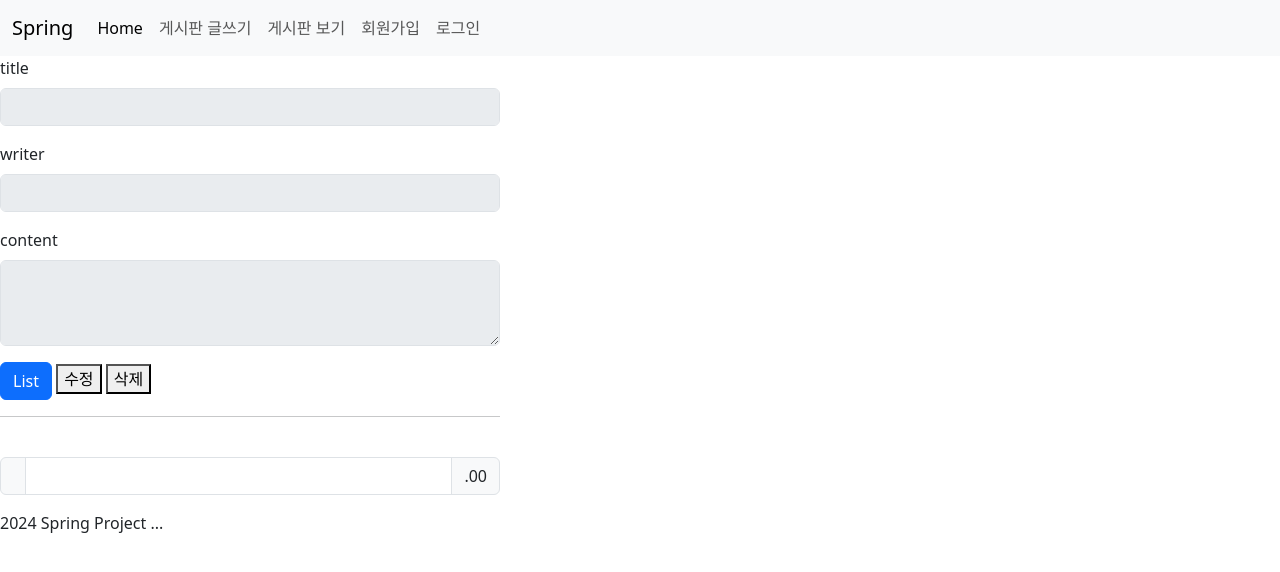
Repository: haneul030/240115
Page: http://localhost/spring_test2/WEB-INF/views/board/detail.jsp
These files come from the project's save history. The page is drawn as it stood at one moment and after the next save; the edit follows.
The browser window is 1280 px wide. The pictures show the whole page.
The page is served by Tomcat 9. Nobody is signed in. Other server files are loaded and not shown. The template is opened directly, without the code that normally fills it, so the values that code supplies are empty.

Above is the page before, as saved 2024-01-08 03:48:23.

### spring_test2/src/main/webapp/WEB-INF/views/board/detail.jsp
<%@ page language="java" contentType="text/html; charset=UTF-8"
    pageEncoding="UTF-8"%>
<%@ taglib uri="http://java.sun.com/jsp/jstl/core" prefix="c" %>

<jsp:include page="../layout/header.jsp"></jsp:include>

<div class="container-md3" style="width: 500px;">
<div>
	<div class="mb-3">
		<label for="title" class="form-label">title</label>
		<input type="text" name="title" class="form-control" id="title" disabled value="${bvo.title}">
	</div>
</div>
<div>
	<div class="mb-3">
		<label for="writer" class="form-label">writer</label>
		<input type="text" name="writer" class="form-control" id="writer" disabled value="${bvo.writer}">
	</div>
</div>
<div>
	<div class="mb-3">
		<label for="content" class="form-label">content</label>
		<textarea class="form-control" id="content" name="content"  rows="3" disabled>${bvo.content}</textarea>
	</div>
</div>

<a href="/board/list"><button type="button" class="btn btn-primary">List</button></a>
<a href="/board/modify?bno=${bvo.bno }"><button>수정</button></a>
<a href="/board/remove?bno=${bvo.bno }"><button>삭제</button></a>
<hr>
<br>
	<!-- 댓글 등록 라인 -->
	<div class="input-group mb-3">
  	<span class="input-group-text" id="cmtWriter">${bvo.writer }</span>
  	<input type="text" class="form-control" id="cmtText" aria-label="Amount (to the nearest dollar)">
  	<span class="input-group-text">.00</span>
	</div>


	<!-- 댓글 표시 라인 -->


</div>

<jsp:include page="../layout/footer.jsp"></jsp:include>

### spring_test2/src/main/webapp/WEB-INF/views/layout/header.jsp
<%@ page language="java" contentType="text/html; charset=UTF-8"
    pageEncoding="UTF-8"%>
<%@ taglib uri="http://java.sun.com/jsp/jstl/core" prefix="c" %>
<!DOCTYPE html>
<html>
<head>
<meta charset="UTF-8">
<title>Insert title here</title>
 <link href="https://cdn.jsdelivr.net/npm/bootstrap@5.3.1/dist/css/bootstrap.min.css" rel="stylesheet" integrity="sha384-4bw+/aepP/YC94hEpVNVgiZdgIC5+VKNBQNGCHeKRQN+PtmoHDEXuppvnDJzQIu9" crossorigin="anonymous">
 <script src="https://cdn.jsdelivr.net/npm/bootstrap@5.3.1/dist/js/bootstrap.bundle.min.js" integrity="sha384-HwwvtgBNo3bZJJLYd8oVXjrBZt8cqVSpeBNS5n7C8IVInixGAoxmnlMuBnhbgrkm" crossorigin="anonymous"></script>
</head>
<body>

<nav class="navbar navbar-expand-lg bg-body-tertiary">
  <div class="container-fluid">
    <a class="navbar-brand" href="#">Spring</a>
    <button class="navbar-toggler" type="button" data-bs-toggle="collapse" data-bs-target="#navbarSupportedContent" aria-controls="navbarSupportedContent" aria-expanded="false" aria-label="Toggle navigation">
      <span class="navbar-toggler-icon"></span>
    </button>
    <div class="collapse navbar-collapse" id="navbarSupportedContent">
      <ul class="navbar-nav me-auto mb-2 mb-lg-0">
        <li class="nav-item">
          <a class="nav-link active" aria-current="page" href="/">Home</a>
        </li>
        <li class="nav-item">
          <a class="nav-link" href="/board/register">게시판 글쓰기</a>
        </li>
        <li class="nav-item">
          <a class="nav-link" href="/board/list">게시판 보기</a>
        </li>
        <li class="nav-item">
          <a class="nav-link" href="/member/register">회원가입</a>
        </li>
        	<c:if test="${ses.id eq null }">
        		<li class="nav-item">
        			<a class="nav-link" href="/member/login">로그인</a>
    		    </li>
        	</c:if>
        	<c:if test="${ses.id ne null }">
        		<li class="nav-item">
					<a class="nav-link" href="/member/logout">로그아웃</a>
		       	</li>
        	</c:if>
        	<c:if test="${ses.id ne null }">
        		<li class="nav-item">
					<a class="nav-link" href="/member/modify">${ses.id }( ${ses.name } ) welcome!!</a>
		       	</li>
        	</c:if>
        </ul>


    </div>
  </div>
</nav>

### spring_test2/src/main/webapp/WEB-INF/views/layout/footer.jsp
<%@ page language="java" contentType="text/html; charset=UTF-8"
    pageEncoding="UTF-8"%>

<div>
	2024 Spring Project ...
</div>

</body>
</html>

After the next save:
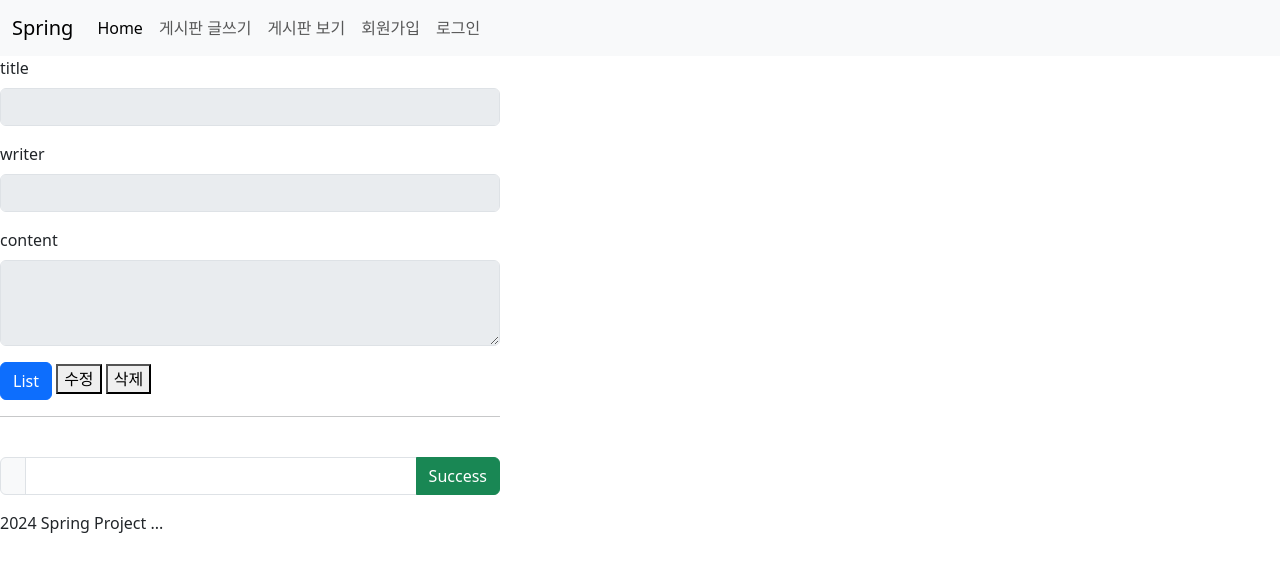
Saved 41 s later.
--- a/spring_test2/src/main/webapp/WEB-INF/views/board/detail.jsp
+++ b/spring_test2/src/main/webapp/WEB-INF/views/board/detail.jsp
@@ -33,7 +33,7 @@
 	<div class="input-group mb-3">
   	<span class="input-group-text" id="cmtWriter">${bvo.writer }</span>
   	<input type="text" class="form-control" id="cmtText" aria-label="Amount (to the nearest dollar)">
-  	<span class="input-group-text">.00</span>
+  	<button type="button" class="btn btn-success">Success</button>
 	</div>
 
 
